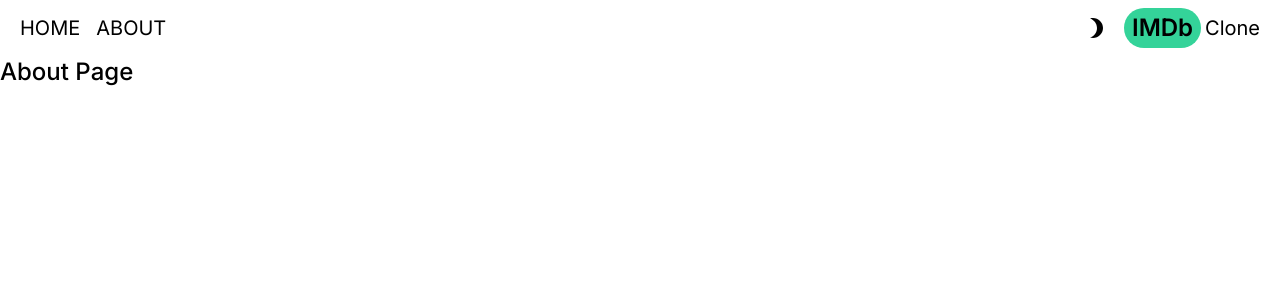
Repository: Tan28-art/Next-JS-Movie-Site
Page: /about (app in starter/)
The author's editor kept a copy of each file at every save. The page is drawn from the files as they stood at one save, then again after a run of saves.
The browser window is 1280 px wide. The pictures show the whole page.
The project was rebuilt for these pictures with package versions that can differ from the ones it lists, and the page was loaded fresh each time. The framework's server and built-in components were replaced by stand-ins that run in the browser. Also part of the build but not shown: starter/next.config.mjs.

Above is the page before, as saved 2024-07-23 17:39:45.

After the next 2 saves:
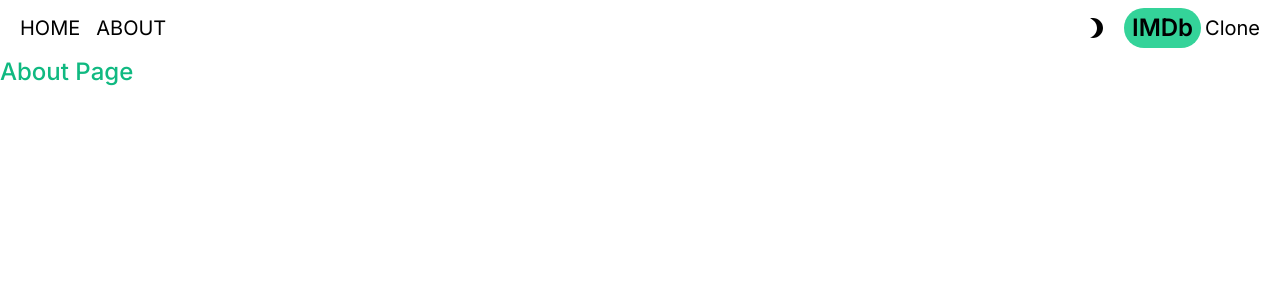
The 2 saves are shown as one change because they came seconds apart.
The last was saved 6 s later.
--- a/starter/app/about/page.tsx
+++ b/starter/app/about/page.tsx
@@ -3,7 +3,7 @@
 export default function page() {
   return (
     <div>
-      <h1 className = "text-2xl font-medium">About Page</h1>
+      <h1 className = "text-2xl font-medium text-emerald-500">About Page</h1>
     </div>
   )
 }
